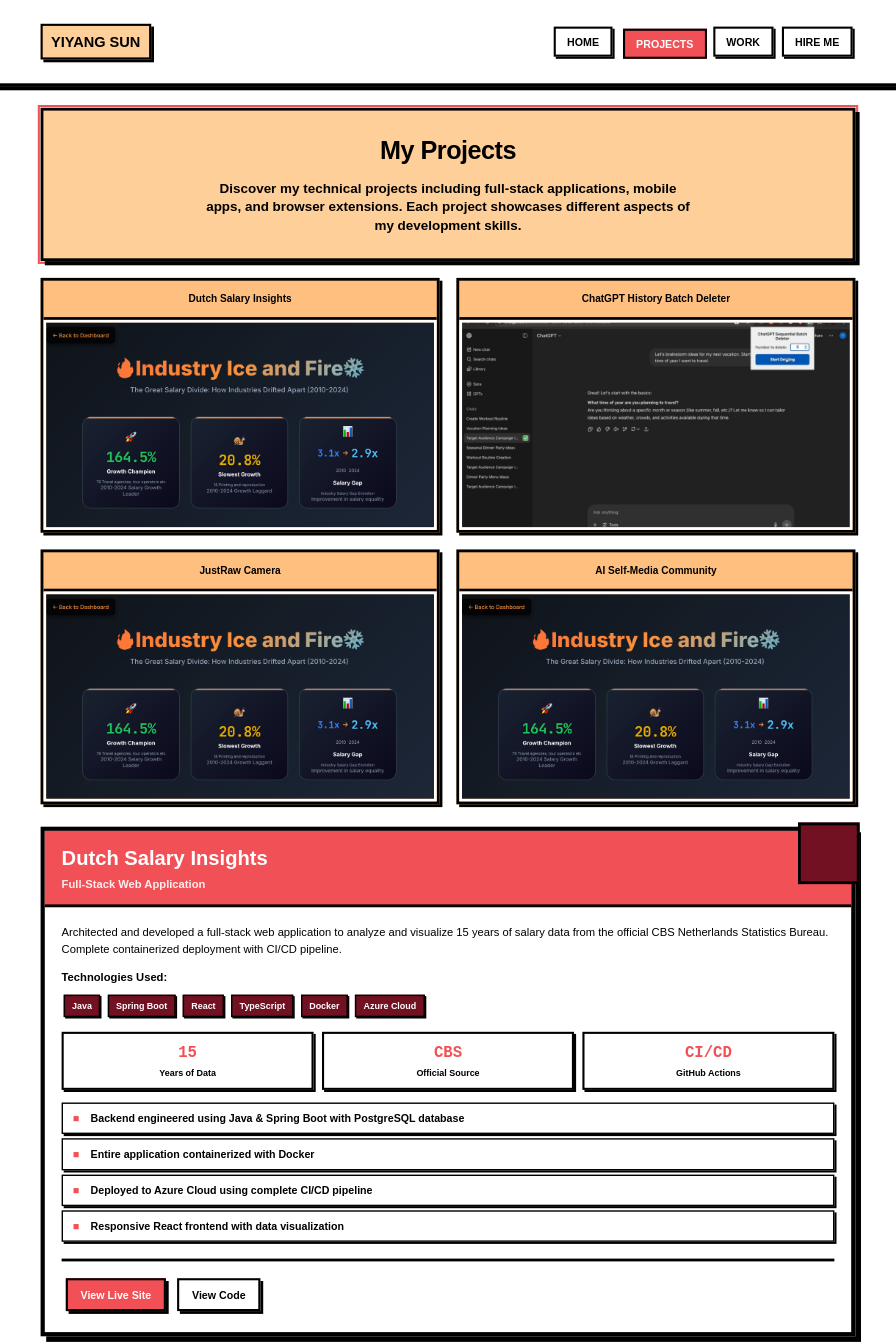
Repository: miloyiyangsun/yiyangsun.github.io
Page: .superdesign/design_iterations/yiyang_projects_v2.html
An editor plug-in stored every save of this project. The page is shown before and after the next save, followed by the edit.
The browser window is 1280 px wide. The pictures show the part of the page from y = 0 to 1920 px (the page is 4393 px tall), at 70% of full size.

Above is the page before, as saved 2025-09-03 20:23:57.

### .superdesign/design_iterations/yiyang_projects_v2.html
<!DOCTYPE html>
<html lang="en">
  <head>
    <meta charset="UTF-8" />
    <meta name="viewport" content="width=device-width, initial-scale=1.0" />
    <title>Projects - Yiyang Sun [Neo-Brutalist Portfolio]</title>
    <meta
      name="description"
      content="Technical projects by Yiyang Sun including full-stack applications, mobile apps, and browser extensions. Neo-brutalist design showcase."
    />

    <!-- Neo-Brutalist Theme -->
    <link rel="stylesheet" href="brutalist_theme_v2.css" />

    <style>
      /* Projects-specific brutal styles */
      body {
        padding-top: 120px;
        background: #ffffff;
      }

      .main-container {
        max-width: 1200px;
        margin: 0 auto;
        padding: 18px;
      }

      /* Navigation Layout - Right Align */
      .brutalist-nav .main-container {
        display: flex;
        justify-content: space-between;
        align-items: center;
      }

      .nav-links {
        display: flex;
        gap: 4px;
      }

      /* Navigation Brand - Brutalist */
      .nav-brand {
        background: #ffcf99;
        border: 3px solid #000000;
        padding: 8px 12px;
        box-shadow: 4px 4px 0 #000000;
        font-weight: 900;
      }

      /* Project Navigation - Brutal Cards */
      .project-nav {
        display: grid;
        grid-template-columns: repeat(2, 1fr);
        gap: 24px;
        margin: 24px 0;
      }

      .project-nav-item {
        background: #ffc07f;
        border: 4px solid #000000;
        padding: 0;
        text-align: center;
        text-decoration: none;
        color: #000000;
        font-weight: 900;
        box-shadow: 4px 4px 0 #000000;
        cursor: pointer;
        display: flex;
        flex-direction: column;
        min-height: 220px;
        overflow: hidden;
      }

      .project-nav-item img {
        width: 100%;
        height: 300px;
        object-fit: cover;
        border: 4px solid #ffffff;
        box-sizing: border-box;
      }

      .project-nav-item .nav-title {
        padding: 16px 12px;
        font-size: 0.9rem;
        flex: 1;
        display: flex;
        align-items: center;
        justify-content: center;
        border-bottom: 4px solid #000000;
      }

      .project-nav-item:hover,
      .project-nav-item.active {
        background: #f15156;
        color: #ffffff;
        transform: translate(-2px, -2px);
        box-shadow: 6px 6px 0 #000000;
      }

      .project-nav-item:hover .nav-title,
      .project-nav-item.active .nav-title {
        color: #ffffff;
      }

      /* Project Card - Brutal */
      .project-card {
        background: #ffffff;
        border: 6px solid #000000;
        margin: 32px 0;
        box-shadow: 8px 8px 0 #000000;
        position: relative;
        overflow: visible;
      }

      .project-card::before {
        content: "";
        position: absolute;
        top: -12px;
        right: -12px;
        width: 80px;
        height: 80px;
        background: #721121;
        border: 4px solid #000000;
        z-index: 1;
      }

      .project-card:nth-child(even) {
        background: #ffcf99;
      }

      .project-card:nth-child(even)::before {
        background: #a5402d;
      }

      .project-header {
        background: #f15156;
        color: #ffffff;
        padding: 18px 24px;
        border-bottom: 4px solid #000000;
      }

      .project-title {
        font-size: 1.8rem;
        font-weight: 900;
        margin: 0 0 6px 0;
        scroll-margin-top: 170px;
      }

      .project-subtitle {
        font-size: 1rem;
        font-weight: 700;
        opacity: 0.9;
      }

      .project-content {
        padding: 24px;
      }

      .project-description {
        font-size: 1rem;
        line-height: 1.5;
        margin-bottom: 18px;
        font-weight: 500;
      }

      /* Tech Stack - Brutal */
      .tech-stack {
        margin: 18px 0;
      }

      .tech-label {
        font-weight: 900;
        margin-bottom: 10px;
        font-size: 1rem;
      }

      .tech-item {
        display: inline-block;
        background: #721121;
        color: #ffffff;
        padding: 5px 10px;
        margin: 3px;
        border: 2px solid #000000;
        font-weight: 700;
        font-size: 0.8rem;
        box-shadow: 2px 2px 0 #000000;
      }

      /* Project Stats - Brutal */
      .project-stats {
        display: grid;
        grid-template-columns: repeat(auto-fit, minmax(120px, 1fr));
        gap: 12px;
        margin: 18px 0;
      }

      .stat-box {
        background: #ffffff;
        border: 3px solid #000000;
        padding: 12px;
        text-align: center;
        box-shadow: 3px 3px 0 #000000;
      }

      .stat-number {
        font-family: "Courier New", monospace;
        font-size: 1.4rem;
        font-weight: 900;
        color: #f15156;
        display: block;
      }

      .stat-label {
        font-weight: 700;
        font-size: 0.8rem;
        margin-top: 4px;
      }

      /* Action Buttons - Brutal */
      .project-actions {
        margin-top: 24px;
        padding-top: 18px;
        border-top: 4px solid #000000;
      }

      .action-button {
        display: inline-block;
        background: #f15156;
        color: #ffffff;
        padding: 10px 18px;
        margin: 6px;
        border: 3px solid #000000;
        text-decoration: none;
        font-weight: 900;
        box-shadow: 4px 4px 0 #000000;
      }

      .action-button:hover {
        background: #a5402d;
        transform: translate(-1px, -1px);
        box-shadow: 5px 5px 0 #000000;
      }

      .action-button.secondary {
        background: #ffffff;
        color: #000000;
        border-color: #000000;
      }

      .action-button.secondary:hover {
        background: #ffc07f;
      }

      /* Feature List - Brutal */
      .feature-list {
        list-style: none;
        margin: 18px 0;
      }

      .feature-item {
        background: #ffffff;
        border: 2px solid #000000;
        padding: 10px 14px;
        margin: 6px 0;
        position: relative;
        font-weight: 600;
        box-shadow: 3px 3px 0 #000000;
      }

      .feature-item::before {
        content: "■";
        color: #f15156;
        font-weight: 900;
        margin-right: 12px;
      }

      /* Mobile responsive */
      @media (max-width: 768px) {
        .project-nav {
          grid-template-columns: 1fr;
          gap: 18px;
        }

        .project-nav-item {
          min-height: 200px;
        }

        .project-nav-item img {
          height: 155px;
        }

        .project-nav-item .nav-title {
          font-size: 0.85rem;
          padding: 12px 8px;
        }

        .project-card {
          margin: 24px 0;
        }

        .project-header {
          padding: 14px 18px;
        }

        .project-title {
          font-size: 1.5rem;
        }

        .project-content {
          padding: 18px;
        }

        .project-stats {
          grid-template-columns: repeat(2, 1fr);
        }
      }
    </style>
  </head>

  <body>
    <!-- Brutalist Navigation -->
    <nav class="brutalist-nav">
      <div class="main-container">
        <strong class="nav-brand" style="font-size: 1.3rem">YIYANG SUN</strong>
        <div class="nav-links">
          <a href="yiyang_home_v2.html" class="brutalist-nav-item">HOME</a>
          <a href="yiyang_projects_v2.html" class="brutalist-nav-item active"
            >PROJECTS</a
          >
          <a href="yiyang_work_v2.html" class="brutalist-nav-item">WORK</a>
          <a href="yiyang_hireme_v2.html" class="brutalist-nav-item">HIRE ME</a>
        </div>
      </div>
    </nav>

    <!-- Main Content -->
    <main class="main-container">
      <!-- Page Header -->
      <section class="brutalist-hero">
        <div class="brutalist-text-center">
          <h1 class="title-huge" style="margin-bottom: 16px">My Projects</h1>
          <p
            style="
              font-size: 1.2rem;
              font-weight: 700;
              max-width: 700px;
              margin: 0 auto;
            "
          >
            Discover my technical projects including full-stack applications,
            mobile apps, and browser extensions. Each project showcases
            different aspects of my development skills.
          </p>
        </div>
      </section>

      <!-- Project Navigation -->
      <section>
        <div class="project-nav">
          <a
            href="#dutch-salary"
            class="project-nav-item"
            onclick="scrollToProject('dutch-salary')"
          >
            <div class="nav-title">Dutch Salary Insights</div>
            <img
              src="../../assets/images/projects/dutch-salary-preview.jpg"
              alt="Dutch Salary Insights Preview"
            />
          </a>
          <a
            href="#chatgpt-deleter"
            class="project-nav-item"
            onclick="scrollToProject('chatgpt-deleter')"
          >
            <div class="nav-title">ChatGPT History Batch Deleter</div>

            <img
              src="../../assets/images/projects/chatgpt-deleter-preview.jpg"
              alt="ChatGPT Deleter Preview"
            />
          </a>
          <a
            href="#justraw-camera"
            class="project-nav-item"
            onclick="scrollToProject('justraw-camera')"
          >
            <div class="nav-title">JustRaw Camera</div>
            <img
              src="../../assets/images/projects/dutch-salary-preview.jpg"
              alt="JustRaw Camera Preview"
            />
          </a>
          <a
            href="#ai-community"
            class="project-nav-item"
            onclick="scrollToProject('ai-community')"
          >
            <div class="nav-title">AI Self-Media Community</div>
            <img
              src="../../assets/images/projects/dutch-salary-preview.jpg"
              alt="AI Community Preview"
            />
          </a>
        </div>
      </section>

      <!-- Project 1: Dutch Salary Insights -->
      <section class="project-card">
        <div class="project-header">
          <div class="project-title" id="dutch-salary">
            Dutch Salary Insights
          </div>
          <div class="project-subtitle">Full-Stack Web Application</div>
        </div>
        <div class="project-content">
          <p class="project-description">
            Architected and developed a full-stack web application to analyze
            and visualize 15 years of salary data from the official CBS
            Netherlands Statistics Bureau. Complete containerized deployment
            with CI/CD pipeline.
          </p>

          <div class="tech-stack">
            <div class="tech-label">Technologies Used:</div>
            <span class="tech-item">Java</span>
            <span class="tech-item">Spring Boot</span>
            <span class="tech-item">React</span>
            <span class="tech-item">TypeScript</span>
            <span class="tech-item">Docker</span>
            <span class="tech-item">Azure Cloud</span>
          </div>

          <div class="project-stats">
            <div class="stat-box">
              <span class="stat-number">15</span>
              <span class="stat-label">Years of Data</span>
            </div>
            <div class="stat-box">
              <span class="stat-number">CBS</span>
              <span class="stat-label">Official Source</span>
            </div>
            <div class="stat-box">
              <span class="stat-number">CI/CD</span>
              <span class="stat-label">GitHub Actions</span>
            </div>
          </div>

          <ul class="feature-list">
            <li class="feature-item">
              Backend engineered using Java & Spring Boot with PostgreSQL
              database
            </li>
            <li class="feature-item">
              Entire application containerized with Docker
            </li>
            <li class="feature-item">
              Deployed to Azure Cloud using complete CI/CD pipeline
            </li>
            <li class="feature-item">
              Responsive React frontend with data visualization
            </li>
          </ul>

          <div class="project-actions">
            <a
              href="https://frontend-webapp-16283450340.azurewebsites.net"
              class="action-button"
              >View Live Site</a
            >
            <a
              href="https://github.com/miloyiyangsun"
              class="action-button secondary"
              >View Code</a
            >
          </div>
        </div>
      </section>

      <!-- Project 2: ChatGPT Deleter -->
      <section class="project-card">
        <div class="project-header">
          <div class="project-title" id="chatgpt-deleter">ChatGPT Deleter</div>
          <div class="project-subtitle">Browser Extension</div>
        </div>
        <div class="project-content">
          <p class="project-description">
            Developed and published a practical Chrome Extension that enhances
            user workflow by enabling the batch deletion of ChatGPT conversation
            histories. Reverse-engineered web application API calls.
          </p>

          <div class="tech-stack">
            <div class="tech-label">Technologies Used:</div>
            <span class="tech-item">JavaScript</span>
            <span class="tech-item">Chrome Extension</span>
            <span class="tech-item">Web APIs</span>
            <span class="tech-item">API Reverse Engineering</span>
          </div>

          <div class="project-stats">
            <div class="stat-box">
              <span class="stat-number">11+</span>
              <span class="stat-label">Installations</span>
            </div>
            <div class="stat-box">
              <span class="stat-number">Published</span>
              <span class="stat-label">Chrome Store</span>
            </div>
            <div class="stat-box">
              <span class="stat-number">Live</span>
              <span class="stat-label">Status</span>
            </div>
          </div>

          <ul class="feature-list">
            <li class="feature-item">
              Reverse-engineered the web application's API calls
            </li>
            <li class="feature-item">
              Implemented core batch deletion functionality
            </li>
            <li class="feature-item">
              Published and available on Chrome Web Store
            </li>
            <li class="feature-item">
              Privacy-focused design for user workflow enhancement
            </li>
          </ul>

          <div class="project-actions">
            <a
              href="https://chromewebstore.google.com/detail/olpolmhhcgkfboeogjpkknendbfjfied"
              class="action-button"
              >Chrome Store</a
            >
            <a
              href="https://github.com/miloyiyangsun"
              class="action-button secondary"
              >View Code</a
            >
          </div>
        </div>
      </section>

      <!-- Project 3: JustRaw Camera -->
      <section class="project-card">
        <div class="project-header">
          <div class="project-title" id="justraw-camera">JustRaw Camera</div>
          <div class="project-subtitle">iOS Application</div>
        </div>
        <div class="project-content">
          <p class="project-description">
            Created a minimalist iOS camera application from scratch in Swift,
            addressing a niche market of users seeking to bypass Apple's default
            computational photography for greater creative control.
          </p>

          <div class="tech-stack">
            <div class="tech-label">Technologies Used:</div>
            <span class="tech-item">Swift</span>
            <span class="tech-item">iOS Development</span>
            <span class="tech-item">Camera Framework</span>
            <span class="tech-item">AVFoundation</span>
          </div>

          <div class="project-stats">
            <div class="stat-box">
              <span class="stat-number">Swift</span>
              <span class="stat-label">Language</span>
            </div>
            <div class="stat-box">
              <span class="stat-number">iOS</span>
              <span class="stat-label">Platform</span>
            </div>
            <div class="stat-box">
              <span class="stat-number">Open</span>
              <span class="stat-label">Source</span>
            </div>
          </div>

          <ul class="feature-list">
            <li class="feature-item">
              Minimalist design focused on creative control
            </li>
            <li class="feature-item">
              Bypasses Apple's default computational photography
            </li>
            <li class="feature-item">Built from scratch in Swift for iOS</li>
            <li class="feature-item">
              Addresses niche market of photography enthusiasts
            </li>
          </ul>

          <div class="project-actions">
            <a
              href="https://github.com/miloyiyangsun/JustRaw"
              class="action-button"
              >GitHub Repository</a
            >
            <a
              href="https://github.com/miloyiyangsun"
              class="action-button secondary"
              >More Projects</a
            >
          </div>
        </div>
      </section>

      <!-- Project 4: AI Community -->
      <section class="project-card">
        <div class="project-header">
          <div class="project-title" id="ai-community">AI Community</div>
          <div class="project-subtitle">
            Technical Leadership & Knowledge Sharing
          </div>
        </div>
        <div class="project-content">
          <p class="project-description">
            Founded and cultivated an engaged AI-focused online community,
            publishing over 60 technical articles and posts to foster knowledge
            sharing on recent AI advancements across Chinese social platforms.
          </p>

          <div class="tech-stack">
            <div class="tech-label">Skills Used:</div>
            <span class="tech-item">Technical Writing</span>
            <span class="tech-item">Community Management</span>
            <span class="tech-item">Content Strategy</span>
            <span class="tech-item">Social Media</span>
          </div>

          <div class="project-stats">
            <div class="stat-box">
              <span class="stat-number">2400+</span>
              <span class="stat-label">Followers</span>
            </div>
            <div class="stat-box">
              <span class="stat-number">60+</span>
              <span class="stat-label">Articles Published</span>
            </div>
            <div class="stat-box">
              <span class="stat-number">2</span>
              <span class="stat-label">Platforms</span>
            </div>
          </div>

          <ul class="feature-list">
            <li class="feature-item">
              Published over 60 technical articles on AI advancements
            </li>
            <li class="feature-item">
              Grew community to 2,400+ followers and subscribers
            </li>
            <li class="feature-item">
              Active on Xiaohongshu and WeChat platforms
            </li>
            <li class="feature-item">
              Foster knowledge sharing in Chinese AI community
            </li>
          </ul>

          <div class="project-actions">
            <!-- <a href="#" class="action-button">访问社区</a> -->
            <span
              class="action-button"
              style="background: #ccc; color: #666; cursor: not-allowed"
              >社区链接暂不公开</span
            >
            <a
              href="https://github.com/miloyiyangsun"
              class="action-button secondary"
              >More Projects</a
            >
          </div>
        </div>
      </section>
    </main>

    <!-- Footer -->
    <footer
      style="
        background: #000000;
        color: #ffffff;
        padding: 32px;
        text-align: center;
        border-top: 4px solid #f15156;
      "
    >
      <div class="main-container">
        <p style="font-weight: 700; margin-bottom: 8px">
          &copy; 2025 YIYANG SUN. BUILT WITH BRUTALIST DESIGN PRINCIPLES.
        </p>
        <p style="font-size: 0.9rem">
          Designed and developed with neo-brutalism • Amsterdam, Netherlands
        </p>
      </div>
    </footer>

    <script>
      // Minimal JavaScript for navigation
      function scrollToProject(projectId) {
        document.getElementById(projectId).scrollIntoView({
          behavior: "smooth",
          block: "start",
        });

        // Update active state
        document.querySelectorAll(".project-nav-item").forEach((item) => {
          item.classList.remove("active");
        });
        event.target.classList.add("active");
      }

      // Button press effects
      document
        .querySelectorAll(".action-button, .project-nav-item")
        .forEach((element) => {
          element.addEventListener("mousedown", function () {
            this.style.transform = "translate(2px, 2px)";
            this.style.boxShadow = "none";
          });

          element.addEventListener("mouseup", function () {
            this.style.transform = "";
            this.style.boxShadow = "";
          });
        });

      console.log("🚀 PROJECTS PAGE - NEO-BRUTALIST DESIGN LOADED");
    </script>
  </body>
</html>

Loaded but not shown: .superdesign/design_iterations/brutalist_theme_v2.css (336 lines, source omitted)

After the next save:
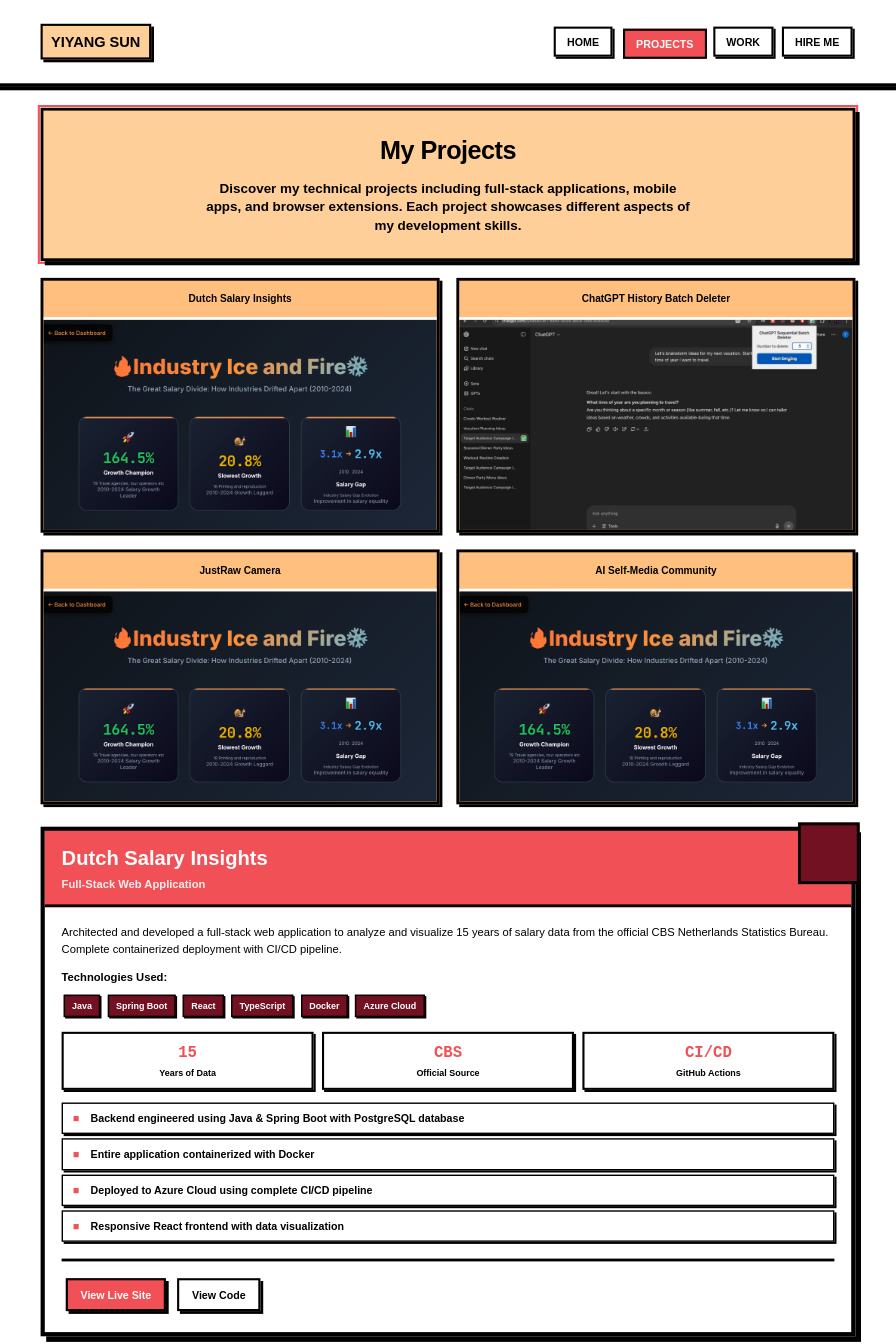
Saved 2 min 13 s later.
--- a/.superdesign/design_iterations/yiyang_projects_v2.html
+++ b/.superdesign/design_iterations/yiyang_projects_v2.html
@@ -74,8 +74,6 @@
         width: 100%;
         height: 300px;
         object-fit: cover;
-        border: 4px solid #ffffff;
-        box-sizing: border-box;
       }
 
       .project-nav-item .nav-title {
@@ -85,7 +83,7 @@
         display: flex;
         align-items: center;
         justify-content: center;
-        border-bottom: 4px solid #000000;
+        border-bottom: 4px solid #ffffff;
       }
 
       .project-nav-item:hover,
